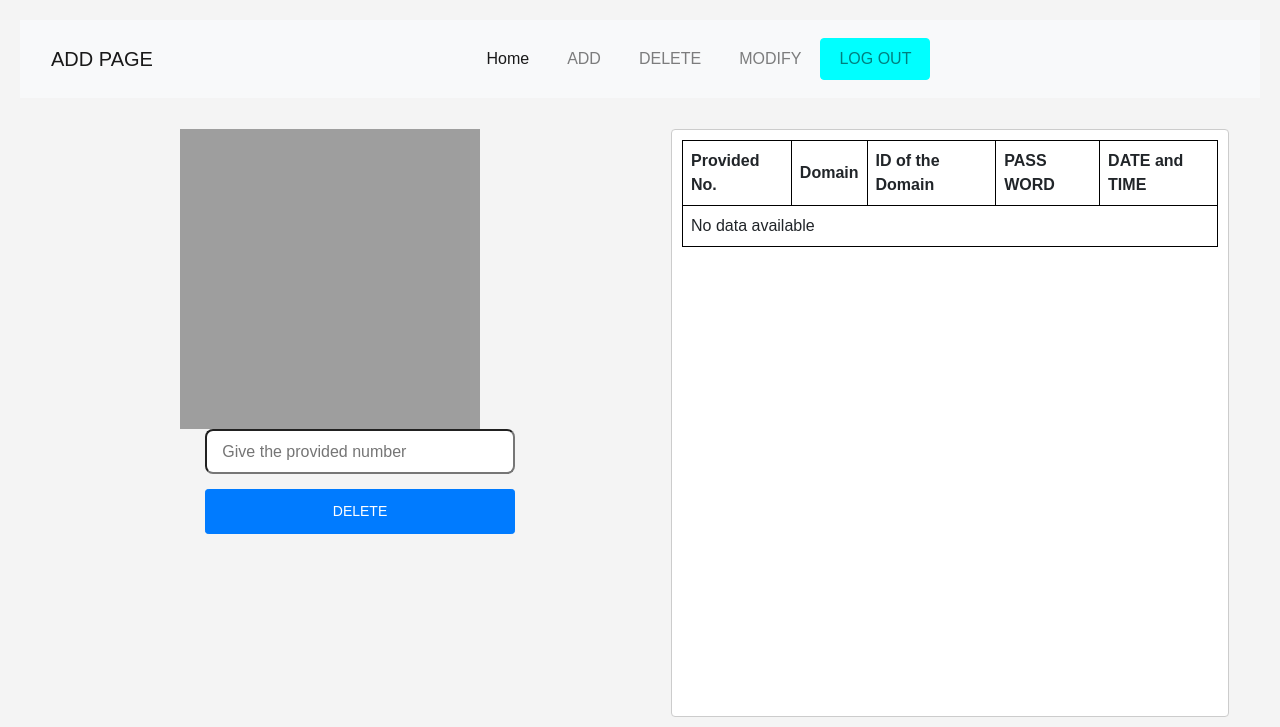
Repository: wizzy-abhishek/Projects
Page: http://localhost/Iam_Doing/Delete.jsp
These files come from the project's save history. The page is drawn as it stood at one moment and after the next save; the edit follows.
The browser window is 1280 px wide. The pictures show the whole page.
Pictures or frames that could not be fetched are drawn as grey boxes. Some web libraries are served in a nearby version. The page is served by Tomcat 10. Nobody is signed in. The application's start-up code is not run.

Above is the page before, as saved 2024-06-28 17:45:37.

After the next save:
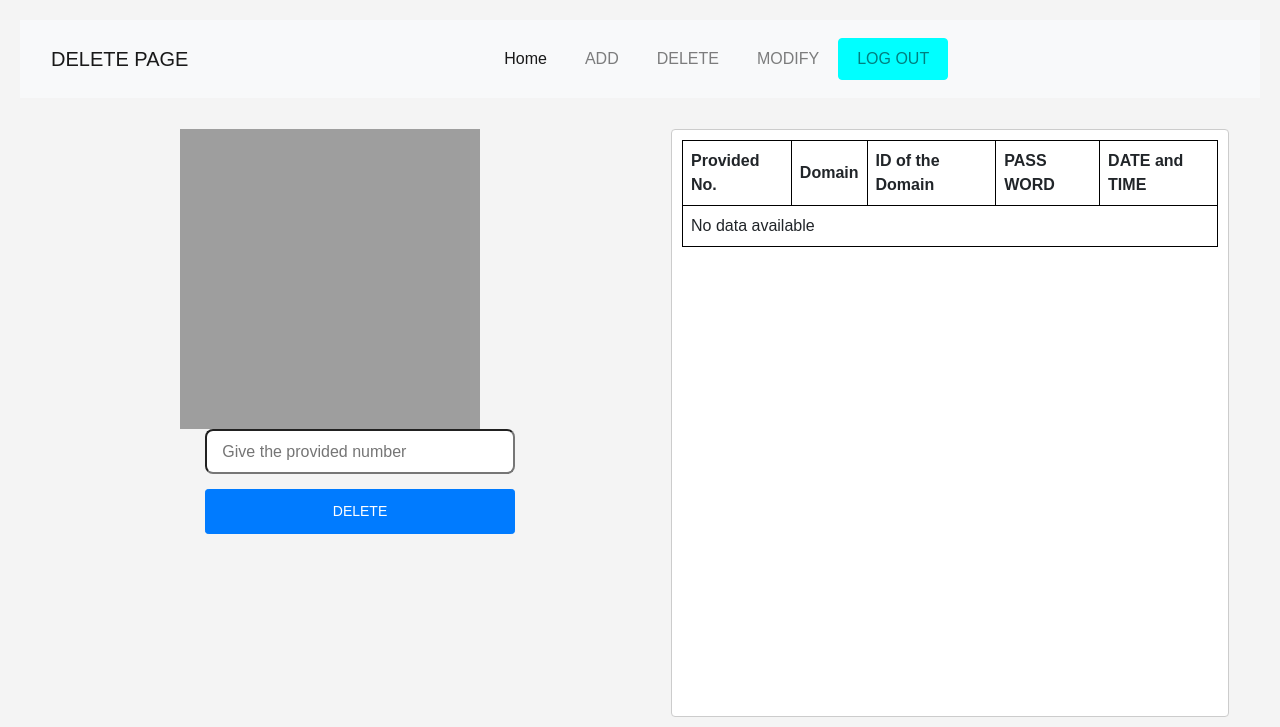
Saved 2 min 6 s later.
--- a/Iam_Doing/src/main/webapp/Delete.jsp
+++ b/Iam_Doing/src/main/webapp/Delete.jsp
@@ -106,7 +106,7 @@
 %>
 <nav class="navbar navbar-expand-lg navbar-light bg-light w-100">
   <div class="container-fluid">
-    <a class="navbar-brand">ADD PAGE</a>
+    <a class="navbar-brand">DELETE PAGE</a>
     <div class="collapse navbar-collapse" id="navbarNav">
       <ul class="navbar-nav mx-auto">
         <li class="nav-item">
@@ -170,7 +170,6 @@
             </thead>
             <tbody id="table-body">
                 <%
-
                     List<RealInfo> realInfoList = (List<RealInfo>) session.getAttribute("realInfoList");
                     if (realInfoList != null) {
                         int providedNo = 1;
